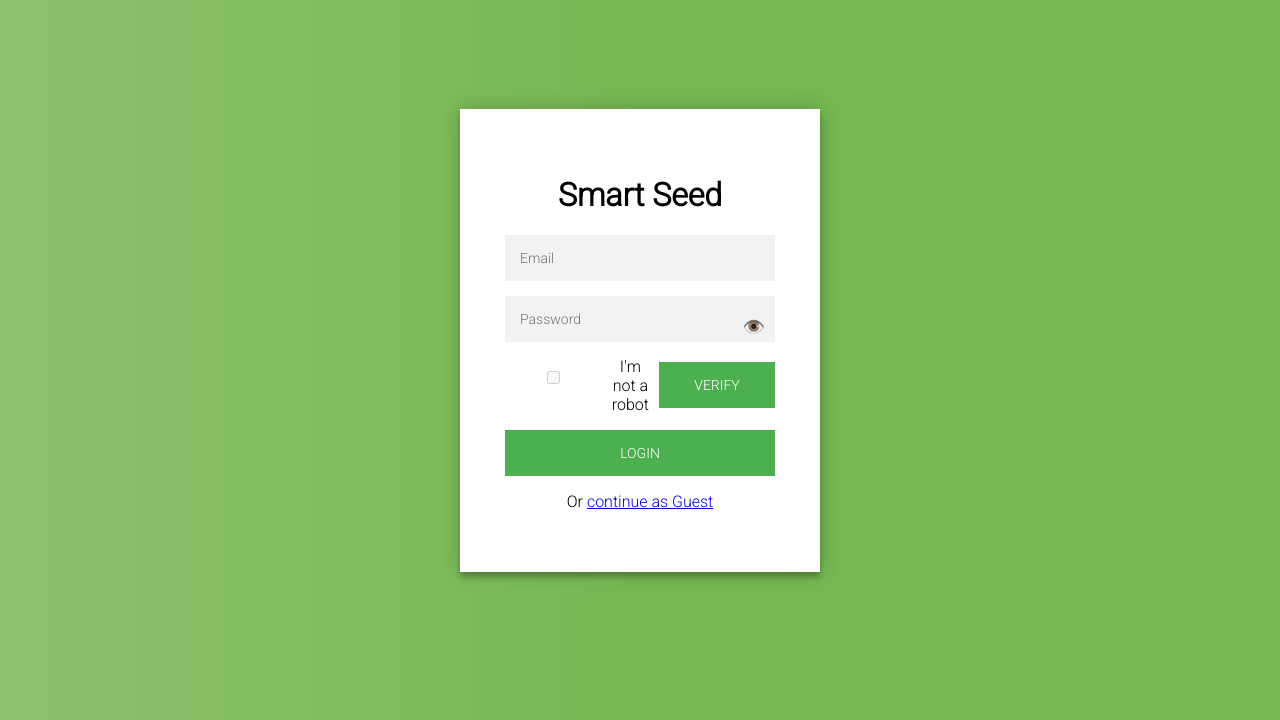
Repository: IFoundGeorge/Smart-Seed-v8-master
Page: src/login.html
These files come from the project's save history. The page is drawn as it stood at one moment and after the next save; the edit follows.
The browser window is 1280 px wide. The pictures show the whole page.

Above is the page before, as saved 2025-04-03 09:41:55.

### src/login.html
<!DOCTYPE html>
<html lang="en">
  <head>
    <meta charset="UTF-8" />
    <meta name="viewport" content="width=device-width, initial-scale=1.0" />
    <title>Login Form with Custom CAPTCHA</title>
    <link rel="stylesheet" href="../../css/login.css" />
    <script src="https://cdnjs.cloudflare.com/ajax/libs/js-sha1/0.7.0/sha1.min.js"></script>
    <style>
      .password-container {
        position: relative;
        display: flex;
        align-items: center;
      }
      #login-password {
        width: 100%;
        padding-right: 40px; /* Space for the eye icon */
      }
      #toggle-password {
        position: absolute;
        right: 10px;
        cursor: pointer;
        font-size: 18px;
        color: #888;
      }
      .captcha-section {
        display: flex;
        align-items: center;
        gap: 10px;
      }
      #error-message {
        color: red;
        text-align: center;
      }
      #notification-bar {
        display: none;
        position: fixed;
        top: 0;
        left: 0;
        width: 100%;
        background-color: red;
        color: white;
        text-align: center;
        padding: 10px;
        font-size: 16px;
        font-weight: bold;
        z-index: 1000;
      }
    </style>
  </head>
  <body>
    <div class="login-page">
      <div class="form">
        <h1 class="title">Smart Seed</h1>
        <form class="login-form" onsubmit="loginUser(event)">
          <input type="email" id="login-email" placeholder="Email" required />
          <div class="password-container">
            <input
              type="password"
              id="login-password"
              placeholder="Password"
              required
            />
            <span id="toggle-password" onclick="togglePasswordVisibility()"
              >👁️</span
            >
          </div>

          <!-- CAPTCHA Section -->
          <div class="captcha-section">
            <input type="checkbox" id="captcha-checkbox" disabled />
            <label for="captcha-checkbox">I'm not a robot</label>
            <button type="button" onclick="showCaptchaModal()">Verify</button>
          </div>

          <p id="error-message"></p>
          <div id="notification-bar"></div>

          <button type="submit" id="login-button" disabled>Login</button>
        </form>

        <!-- Clickable Guest Login -->
        <p class="guest-text">
          Or <a href="#" onclick="loginAsGuest()">continue as Guest</a>
        </p>
      </div>
    </div>

    <!-- CAPTCHA Modal -->
    <div id="captcha-modal" class="modal">
      <div class="modal-content">
        <span class="close" onclick="closeCaptchaModal()">&times;</span>
        <p id="math-problem"></p>
        <input type="text" id="captcha-answer" placeholder="Your answer" />
        <button onclick="verifyCaptcha()">Submit</button>
      </div>
    </div>

    <script>
      let captchaVerified = false;

      function showCaptchaModal() {
        document.getElementById("captcha-modal").style.display = "block";
        generateCaptcha();
      }

      function closeCaptchaModal() {
        document.getElementById("captcha-modal").style.display = "none";
      }

      function generateCaptcha() {
        const num1 = Math.floor(Math.random() * 10);
        const num2 = Math.floor(Math.random() * 10);
        document.getElementById(
          "math-problem"
        ).textContent = `What is ${num1} + ${num2}?`;
        document
          .getElementById("captcha-answer")
          .setAttribute("data-answer", num1 + num2);
      }

      function verifyCaptcha() {
        const userAnswer = document.getElementById("captcha-answer").value;
        const correctAnswer = document
          .getElementById("captcha-answer")
          .getAttribute("data-answer");

        if (userAnswer == correctAnswer) {
          captchaVerified = true;
          document.getElementById("captcha-checkbox").checked = true;
          document.getElementById("captcha-checkbox").disabled = false;
          document.getElementById("login-button").disabled = false; // Enable login
          closeCaptchaModal();
        } else {
          alert("Incorrect answer. Please try again.");
        }
      }

      function loginUser(event) {
        event.preventDefault();

        if (!captchaVerified) {
          showNotification("Please verify the CAPTCHA first.");
          return;
        }

        const email = document.getElementById("login-email").value;
        const password = document.getElementById("login-password").value;

        if (email === "test@example.com" && password === "password123") {
          showNotification("Login successful!", "green");
          setTimeout(() => {
            window.location.href = "dashboard.html";
          }, 1000);
        } else {
          showNotification("Incorrect email or password.");
        }
      }

      function showNotification(message, color = "red") {
        const notificationBar = document.getElementById("notification-bar");
        notificationBar.textContent = message;
        notificationBar.style.backgroundColor = color;
        notificationBar.style.display = "block";

        setTimeout(() => {
          notificationBar.style.display = "none";
        }, 3000);
      }

      function togglePasswordVisibility() {
        const passwordInput = document.getElementById("login-password");
        const togglePassword = document.getElementById("toggle-password");

        if (passwordInput.type === "password") {
          passwordInput.type = "text";
          togglePassword.textContent = "🙈";
        } else {
          passwordInput.type = "password";
          togglePassword.textContent = "👁️";
        }
      }

      function loginAsGuest() {
        window.location.href = "guest/index.html";
      }
    </script>
  </body>
</html>

### css/login.css
@import url('https://fonts.googleapis.com/css?family=Roboto:300');

body {
  background: #76b852;
  background: linear-gradient(90deg, rgba(141,194,111,1) 0%, rgba(118,184,82,1) 50%);
  font-family: "Roboto", sans-serif;
  -webkit-font-smoothing: antialiased;
  -moz-osx-font-smoothing: grayscale;
}

.login-page {
  width: 360px;
  padding: 8% 0 0;
  margin: auto;
}

.form {
  position: relative;
  z-index: 1;
  background: #FFFFFF;
  max-width: 360px;
  margin: 0 auto 100px;
  padding: 45px;
  text-align: center;
  box-shadow: 0 0 20px 0 rgba(0, 0, 0, 0.2), 0 5px 5px 0 rgba(0, 0, 0, 0.24);
}

.form input {
  font-family: "Roboto", sans-serif;
  outline: 0;
  background: #f2f2f2;
  width: 100%;
  border: 0;
  margin: 0 0 15px;
  padding: 15px;
  box-sizing: border-box;
  font-size: 14px;
}

.form button {
  font-family: "Roboto", sans-serif;
  text-transform: uppercase;
  outline: 0;
  background: #4CAF50;
  width: 100%;
  border: 0;
  padding: 15px;
  color: #FFFFFF;
  font-size: 14px;
  -webkit-transition: all 0.3 ease;
  transition: all 0.3 ease;
  cursor: pointer;
}

.form button:hover, .form button:active, .form button:focus {
  background: #43A047;
}

.form .message {
  margin: 15px 0 0;
  color: #b3b3b3;
  font-size: 12px;
}

.form .message a {
  color: #4CAF50;
  text-decoration: none;
}

.form .register-form {
  display: none;
}

#captchaCanvas {
    border: 1px solid #ccc;
    margin-right: 10px;
}

#captcha-input {
    margin-bottom: 10px;
}

.captcha-container {
    margin: 15px 0;
    font-size: 1.2em;
}


#captchaText {
    font-family: 'Courier New', monospace;
    font-size: 20px;
    font-weight: bold;
    background-color: #f0f0f0;
    padding: 5px;
    margin-right: 10px;
    user-select: none;
}
/* Add this to your login.css */

.modal {
    display: none;
    position: fixed;
    z-index: 1;
    left: 0;
    top: 0;
    width: 100%;
    height: 100%;
    overflow: auto;
    background-color: rgba(0, 0, 0, 0.4);
}

.modal-content {
    background-color: #fefefe;
    margin: 15% auto;
    padding: 20px;
    border: 1px solid #888;
    width: 80%;
    max-width: 300px;
    text-align: center;
}

.close {
    color: #aaa;
    float: right;
    font-size: 28px;
    font-weight: bold;
}

.close:hover,
.close:focus {
    color: black;
    text-decoration: none;
    cursor: pointer;
}

After the next save:
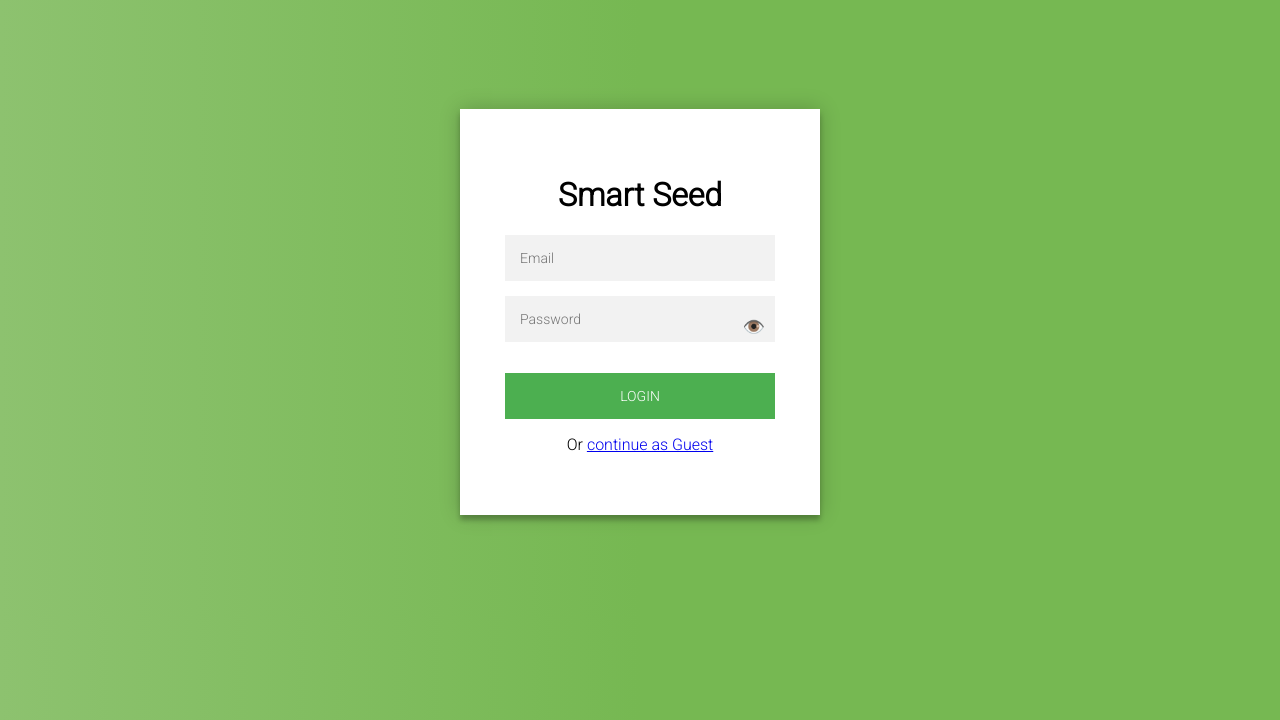
Saved 3 min 20 s later.
--- a/src/login.html
+++ b/src/login.html
@@ -67,11 +67,6 @@
           </div>
 
           <!-- CAPTCHA Section -->
-          <div class="captcha-section">
-            <input type="checkbox" id="captcha-checkbox" disabled />
-            <label for="captcha-checkbox">I'm not a robot</label>
-            <button type="button" onclick="showCaptchaModal()">Verify</button>
-          </div>
 
           <p id="error-message"></p>
           <div id="notification-bar"></div>

After the save that followed:
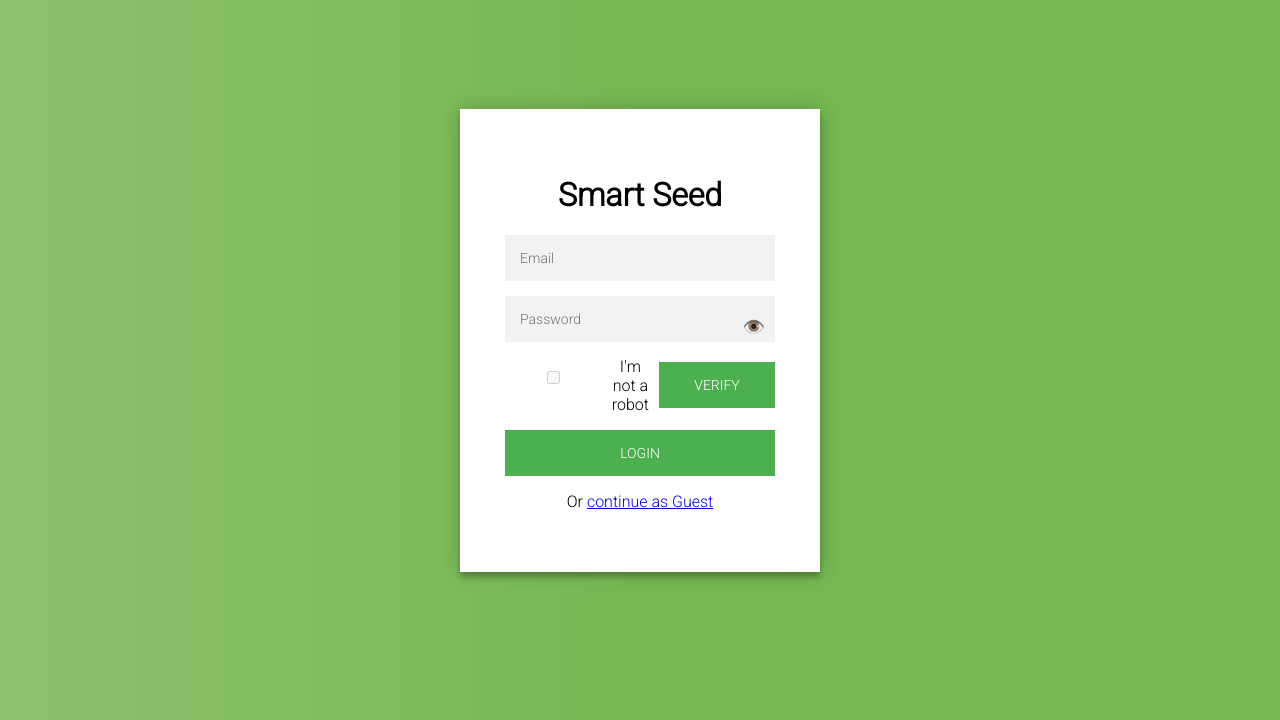
Saved 12 s later.
--- a/src/login.html
+++ b/src/login.html
@@ -67,6 +67,11 @@
           </div>
 
           <!-- CAPTCHA Section -->
+          <div class="captcha-section">
+            <input type="checkbox" id="captcha-checkbox" disabled />
+            <label for="captcha-checkbox">I'm not a robot</label>
+            <button type="button" onclick="showCaptchaModal()">Verify</button>
+          </div>
 
           <p id="error-message"></p>
           <div id="notification-bar"></div>
